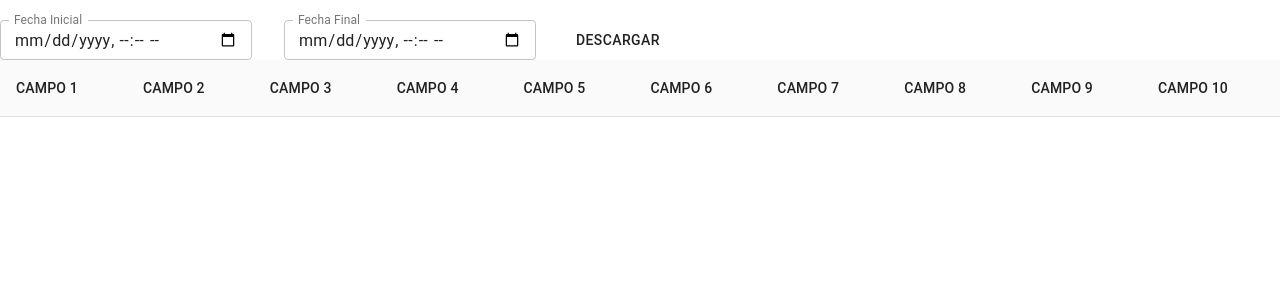
Repository: rafaelpc13/FRONT_RFNEW
Page: /
The author's editor kept a copy of each file at every save. The page is drawn from the files as they stood at one save, then again after the next save.
The browser window is 1280 px wide. The pictures show the whole page.
The project was rebuilt for these pictures with package versions that can differ from the ones it lists, and the page was loaded fresh each time. Also part of the build but not shown: src/App.css.

Above is the page before, as saved 2022-10-29 11:30:49.

### public/index.html
<!DOCTYPE html>
<html lang="en">
  <head>
    <meta charset="utf-8" />
    <link rel="icon" href="%PUBLIC_URL%/favicon.ico" />
    <meta name="viewport" content="width=device-width, initial-scale=1" />
    <meta name="theme-color" content="#000000" />
    <meta
      name="description"
      content="Web site created using create-react-app"
    />
    <link rel="apple-touch-icon" href="%PUBLIC_URL%/logo192.png" />
    <!--
      manifest.json provides metadata used when your web app is installed on a
      user's mobile device or desktop. See https://developers.google.com/web/fundamentals/web-app-manifest/
    -->
    <link rel="manifest" href="%PUBLIC_URL%/manifest.json" />
    <!--
      Notice the use of %PUBLIC_URL% in the tags above.
      It will be replaced with the URL of the `public` folder during the build.
      Only files inside the `public` folder can be referenced from the HTML.

      Unlike "/favicon.ico" or "favicon.ico", "%PUBLIC_URL%/favicon.ico" will
      work correctly both with client-side routing and a non-root public URL.
      Learn how to configure a non-root public URL by running `npm run build`.
    -->
    <title>RIFAS</title>
  </head>
  <body>
    <noscript>You need to enable JavaScript to run this app.</noscript>
    <div id="root"  ></div>
    <!--
      This HTML file is a template.
      If you open it directly in the browser, you will see an empty page.

      You can add webfonts, meta tags, or analytics to this file.
      The build step will place the bundled scripts into the <body> tag.

      To begin the development, run `npm start` or `yarn start`.
      To create a production bundle, use `npm run build` or `yarn build`.
    -->
  </body>
</html>

### src/index.js
import React from 'react';
import ReactDOM from 'react-dom/client';
import './index.css';
import App from './App';
import reportWebVitals from './reportWebVitals';

const root = ReactDOM.createRoot(document.getElementById('root'));
root.render(

    <App  />

);

// If you want to start measuring performance in your app, pass a function
// to log results (for example: reportWebVitals(console.log))
// or send to an analytics endpoint. Learn more: https://bit.ly/CRA-vitals
reportWebVitals();

### src/App.js
import logo from './logo.svg';
import './App.css';
import { TableContainer, Table, TableBody, TableRow, TableCell, TableHead } from '@material-ui/core'
import { Input, TextField, Button} from '@material-ui/core'
function App() {
  return (
    <div className="App">
      <div style={{ display: 'flex', marginTop: '20px',gap:'2rem' }}>
        <TextField
          type="datetime-local"
          label="Fecha Inicial"
          variant="outlined"
          size="small"
          InputLabelProps={{
            shrink: true
          }}
        />

        <TextField
          type="datetime-local"
          label="Fecha Final"
          variant="outlined"
          size="small"
          InputLabelProps={{
            shrink: true
          }}
        />

        <Button value="Descargar">Descargar</Button>

        {/* <h3>Restaurante</h3> */}

      </div>
      <TableContainer>
        <Table className="min-w-xl" stickyHeader aria-label="sticky table" aria-labelledby="tableTitle">
          <TableHead>
            <TableRow className="h-48 sm:h-64">
              <TableCell>CAMPO 1</TableCell>
              <TableCell>CAMPO 2</TableCell>
              <TableCell>CAMPO 3</TableCell>
              <TableCell>CAMPO 4</TableCell>
              <TableCell>CAMPO 5</TableCell>
              <TableCell>CAMPO 6</TableCell>
              <TableCell>CAMPO 7</TableCell>
              <TableCell>CAMPO 8</TableCell>
              <TableCell>CAMPO 9</TableCell>
              <TableCell>CAMPO 10</TableCell>
            </TableRow>
          </TableHead>
        </Table>
      </TableContainer>
    </div>
  );
}

export default App;

Loaded but not shown: src/index.css (common file); src/reportWebVitals.js (common file); src/App.css (no copy from this time; the picture is the same without it)

After the next save:
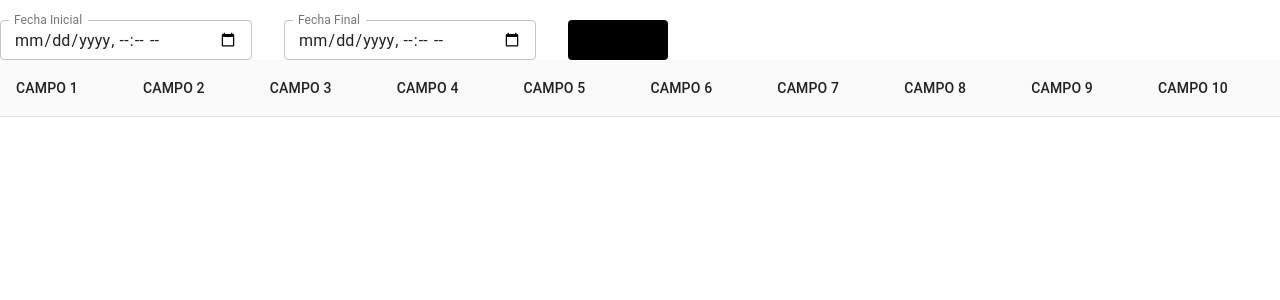
Saved 41 s later.
--- a/src/App.js
+++ b/src/App.js
@@ -26,7 +26,8 @@ function App() {
           }}
         />
 
-        <Button value="Descargar">Descargar</Button>
+        <Button style={{ background:"black" }}>
+          Descargar</Button>
 
         {/* <h3>Restaurante</h3> */}
 
